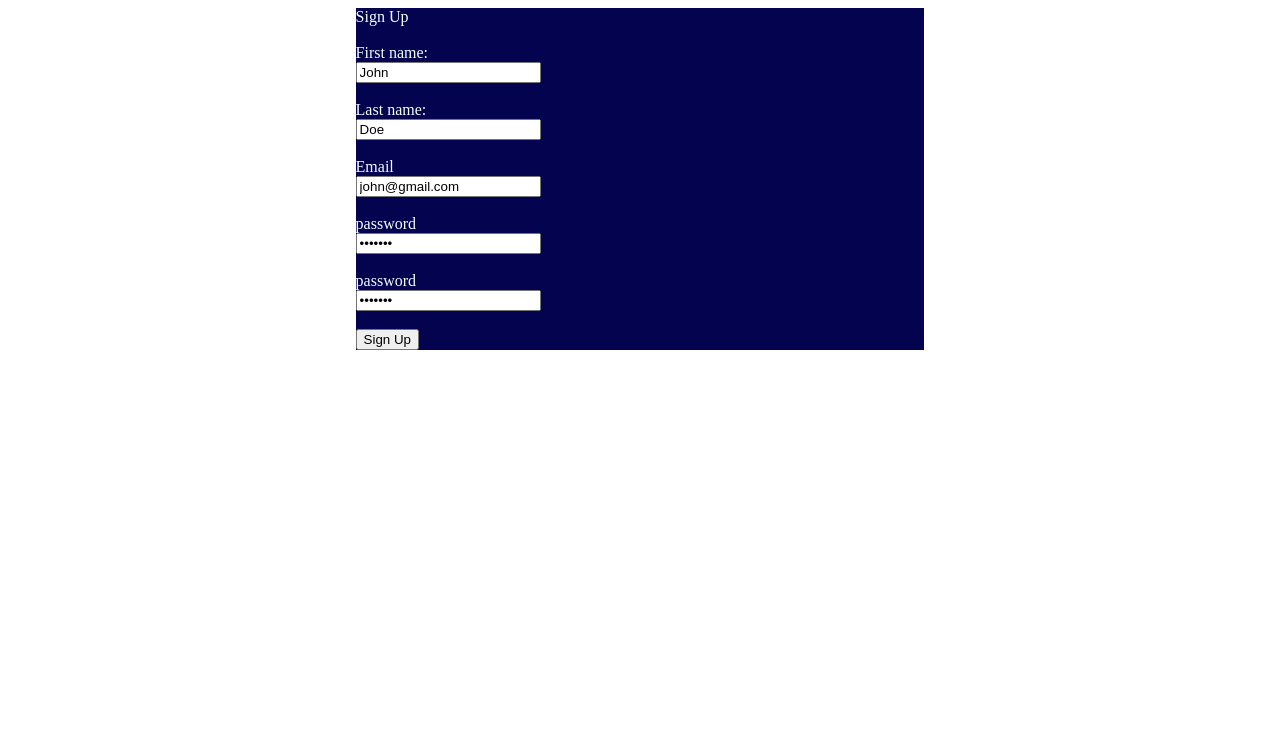
Repository: reemoon-ctrl/hotel-website
Page: mine-form_styling_start.html
These files come from the project's save history. The page is drawn as it stood at one moment and after a run of saves; the edit follows.
The browser window is 1280 px wide. The pictures show the whole page.

Above is the page before, as saved 2024-07-20 14:01:38.

### mine-form_styling_start.html
<!DOCTYPE html>
<html lang="en">
<head>
    <meta charset="UTF-8">
    <meta name="viewport" content="width=device-width, initial-scale=1.0">
    <title>Document</title>
<style>
    .form{
        color:azure;

    }
    .container{
        margin: auto;
        background: rgb(3, 3, 79);
        width: 45%;
        margin: auto;
        align

    }
    body{
        min-height: 100vh;
    }
</style>
</head>

<body>
    <div class="container">
        <form class="form" action="/action_page.php">

            <caption>Sign Up</caption><br><br>
            <label for="fname">First name:</label><br>
            <input type="text" id="fname" name="fname" value="John"><br><br>
            <label for="lname">Last name:</label><br>
            <input type="text" id="lname" name="lname" value="Doe"><br><br>
            <label for="Email ">Email</label><br>
            <input type="text" id="email" name="Email" value="john@gmail.com"><br><br>
            <label for="password">password</label><br>
            <input type="password" id="password" name="password" value="fffffff"><br><br>
            <label for="password">password</label><br>
            <input type="password" id="confirm password" name="confirm password" value="fffffff"><br><br>


            <input type="submit" value="Sign Up">
      </form>
    </div>
</body>
</html>

After the next 2 saves:
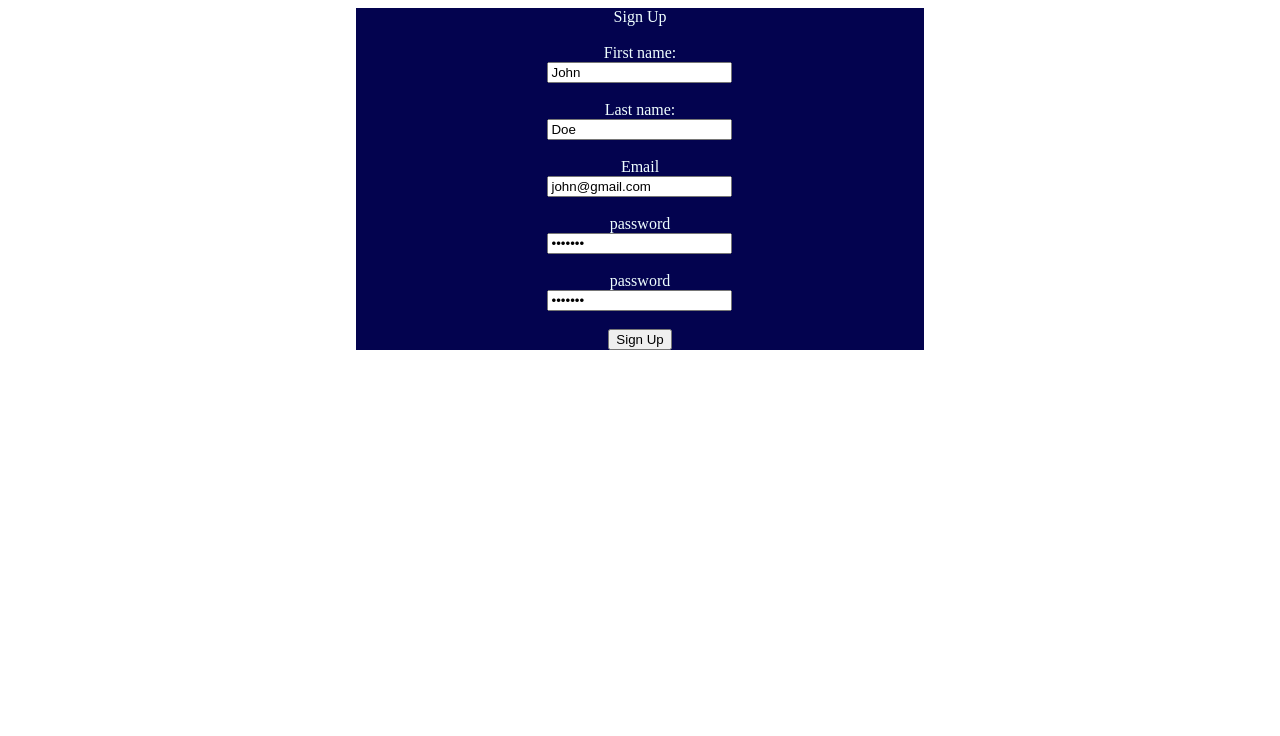
The 2 saves are shown as one change because they came seconds apart.
The last was saved 12 s later.
--- a/mine-form_styling_start.html
+++ b/mine-form_styling_start.html
@@ -14,7 +14,7 @@
         background: rgb(3, 3, 79);
         width: 45%;
         margin: auto;
-        align
+        text-align: center;
 
     }
     body{

After the 2 saves that followed:
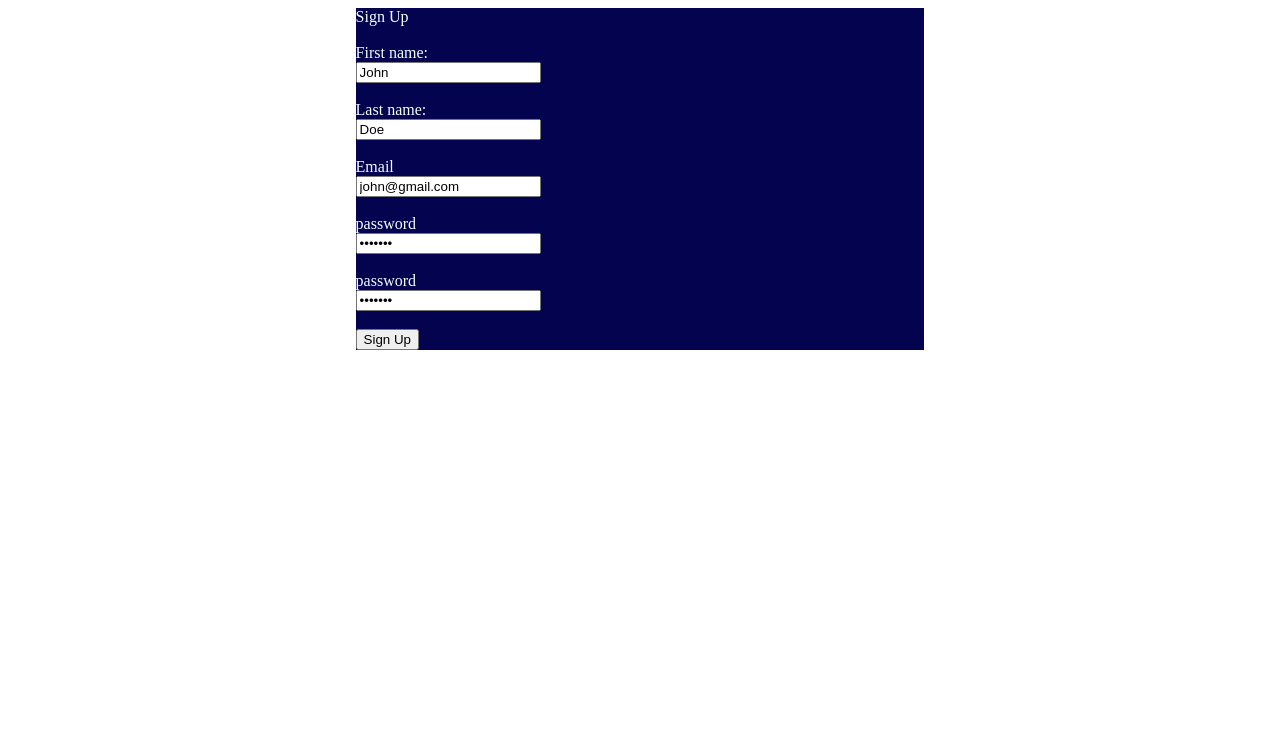
The 2 saves are shown as one change because they came seconds apart.
The last was saved 15 s later.
--- a/mine-form_styling_start.html
+++ b/mine-form_styling_start.html
@@ -14,7 +14,7 @@
         background: rgb(3, 3, 79);
         width: 45%;
         margin: auto;
-        text-align: center;
+        t
 
     }
     body{
